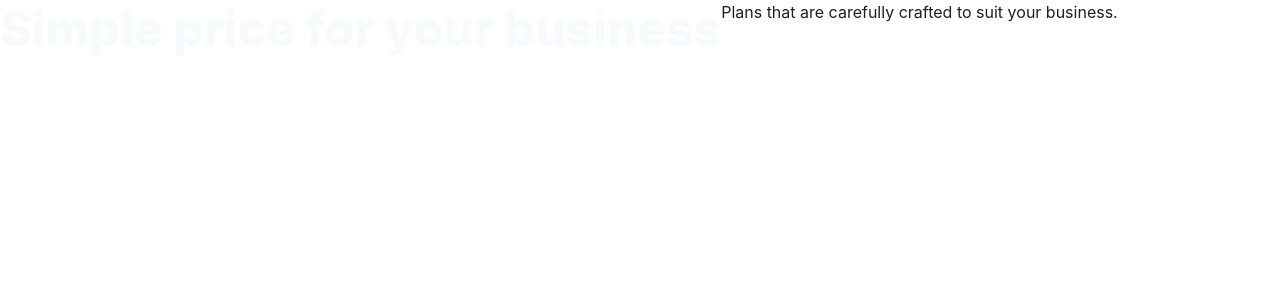
Repository: noutijo/learn-in-depth-chakra-ui
Page: /
The author's editor kept a copy of each file at every save. The page is drawn from the files as they stood at one save, then again after the next save.
The browser window is 1280 px wide. The pictures show the whole page.
The project was rebuilt for these pictures with package versions that can differ from the ones it lists, and the page was loaded fresh each time. Also part of the build but not shown: vite.config.ts.

Above is the page before, as saved 2023-01-30 14:51:55.

After the next save:
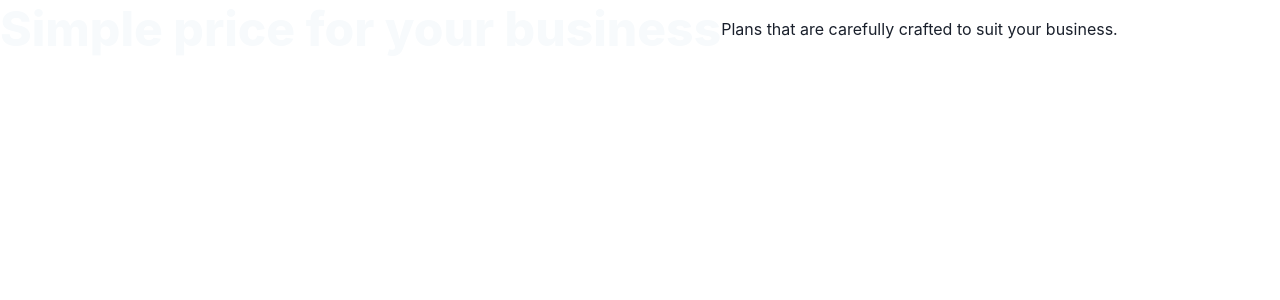
Saved 9 s later.
--- a/src/components/Header.tsx
+++ b/src/components/Header.tsx
@@ -3,7 +3,7 @@ import { Box, Heading, Text, Flex } from "@chakra-ui/react";
 
 export function Header() {
   return (
-      <Flex align>
+      <Flex align="center">
         <Heading fontWeight={800} fontSize={"48px"} color="#F7FAFC">Simple price for your business</Heading>
         <Text>Plans that are carefully crafted to suit your business.</Text>
       </Flex>
